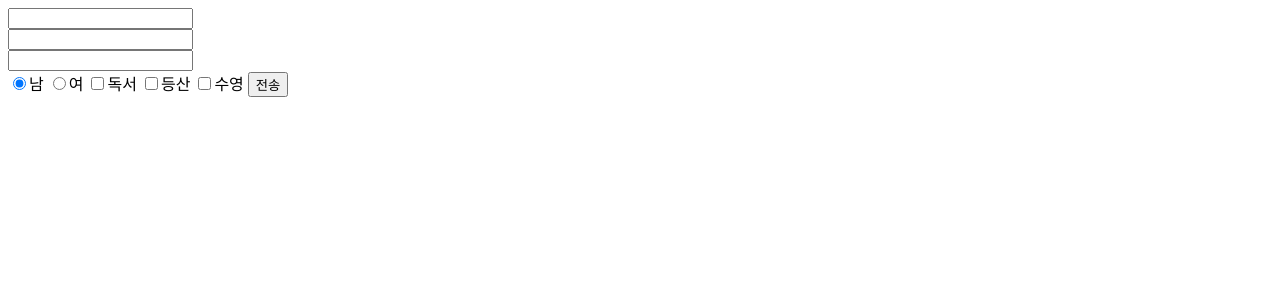
Repository: WonHwiAhn/JAVAClass
Page: 180131_GetParameterValues/WebContent/regist.html
These files come from the project's save history. The page is drawn as it stood at one moment and after the next save; the edit follows.
The browser window is 1280 px wide. The pictures show the whole page.

Above is the page before, as saved 2018-01-31 01:20:23.

### 180131_GetParameterValues/WebContent/regist.html
<!DOCTYPE html>
<html>
<head>
<meta charset="EUC-KR">
<title>Insert title here</title>
</head>
<body>
	<form action="ms2" method="post">
		<input type="text" name="id"><br>
		<input type="password" name="pw"><br>
		<input type="text" name="userName"><br>
		<input type="radio" name="sex" value="m" checked>남
		<input type="radio" name="sex" value="w">여
		<input type="checkbox" name="hobby" value="0">독서
		<input type="checkbox" name="hobby" value="1">등산
		<input type="checkbox" name="hobby" value="2">수영
		<input type="submit" value="전송">
	</form>
</body>
</html>

After the next save:
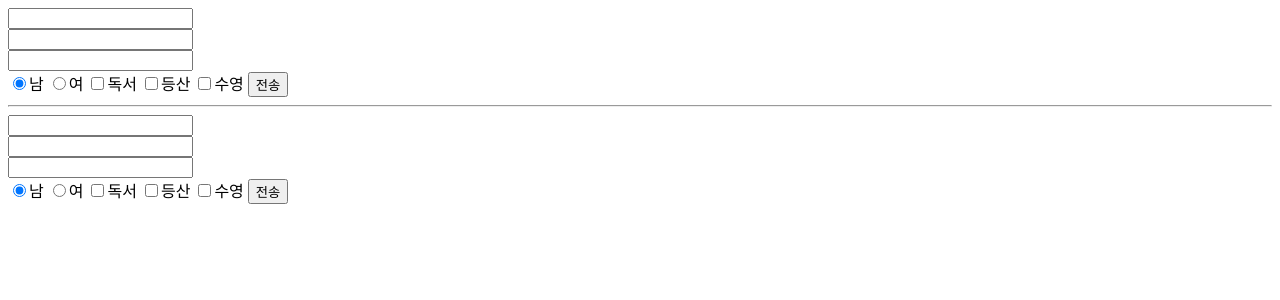
Saved 12 s later.
--- a/180131_GetParameterValues/WebContent/regist.html
+++ b/180131_GetParameterValues/WebContent/regist.html
@@ -16,5 +16,19 @@
 		<input type="checkbox" name="hobby" value="2">수영
 		<input type="submit" value="전송">
 	</form>
+
+	<hr>
+
+	<form action="ms2" method="post">
+		<input type="text" name="id"><br>
+		<input type="password" name="pw"><br>
+		<input type="text" name="userName"><br>
+		<input type="radio" name="sex" value="m" checked>남
+		<input type="radio" name="sex" value="w">여
+		<input type="checkbox" name="hobby" value="0">독서
+		<input type="checkbox" name="hobby" value="1">등산
+		<input type="checkbox" name="hobby" value="2">수영
+		<input type="submit" value="전송">
+	</form>
 </body>
 </html>
